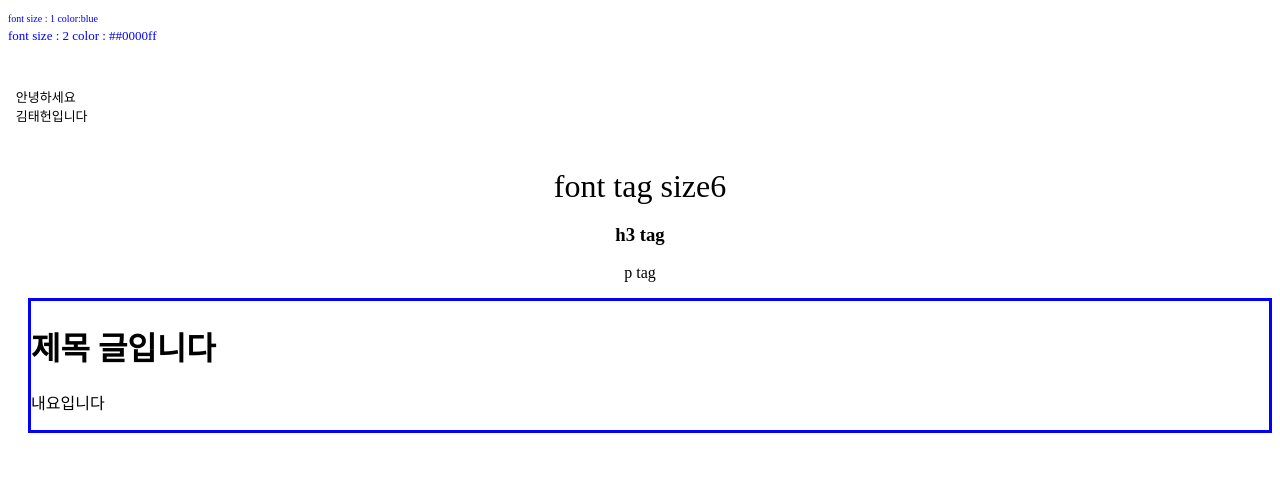
Repository: xsa1113/posco_ict
Page: html/TestSample/WebContent/index3.html
An editor plug-in stored every save of this project. The page is shown before and after the next save, followed by the edit.
The browser window is 1280 px wide. The pictures show the whole page.

Above is the page before, as saved 2022-05-04 07:44:33.

After the next save:
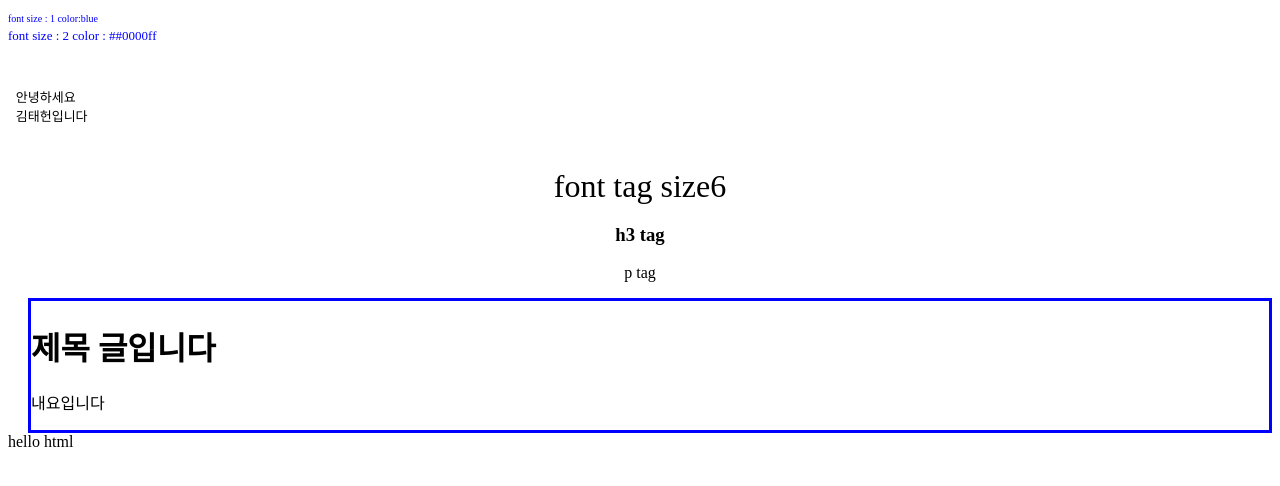
Saved 2 min 38 s later.
--- a/html/TestSample/WebContent/index3.html
+++ b/html/TestSample/WebContent/index3.html
@@ -32,12 +32,13 @@ font, div
 
  </div>
 
- <div style ="border: solid; border-color: blue; margin-left : 20px">
+ <div style ="border: solid; border-color: blue; margin-left : 20px" padding-top: 30px;
+ background-color:#00ff00">
  	<h1>제목 글입니다</h1>
  	<p>내요입니다</p>
  </div>
 
-
+<span>hello html</span>
 
 
 </body>
